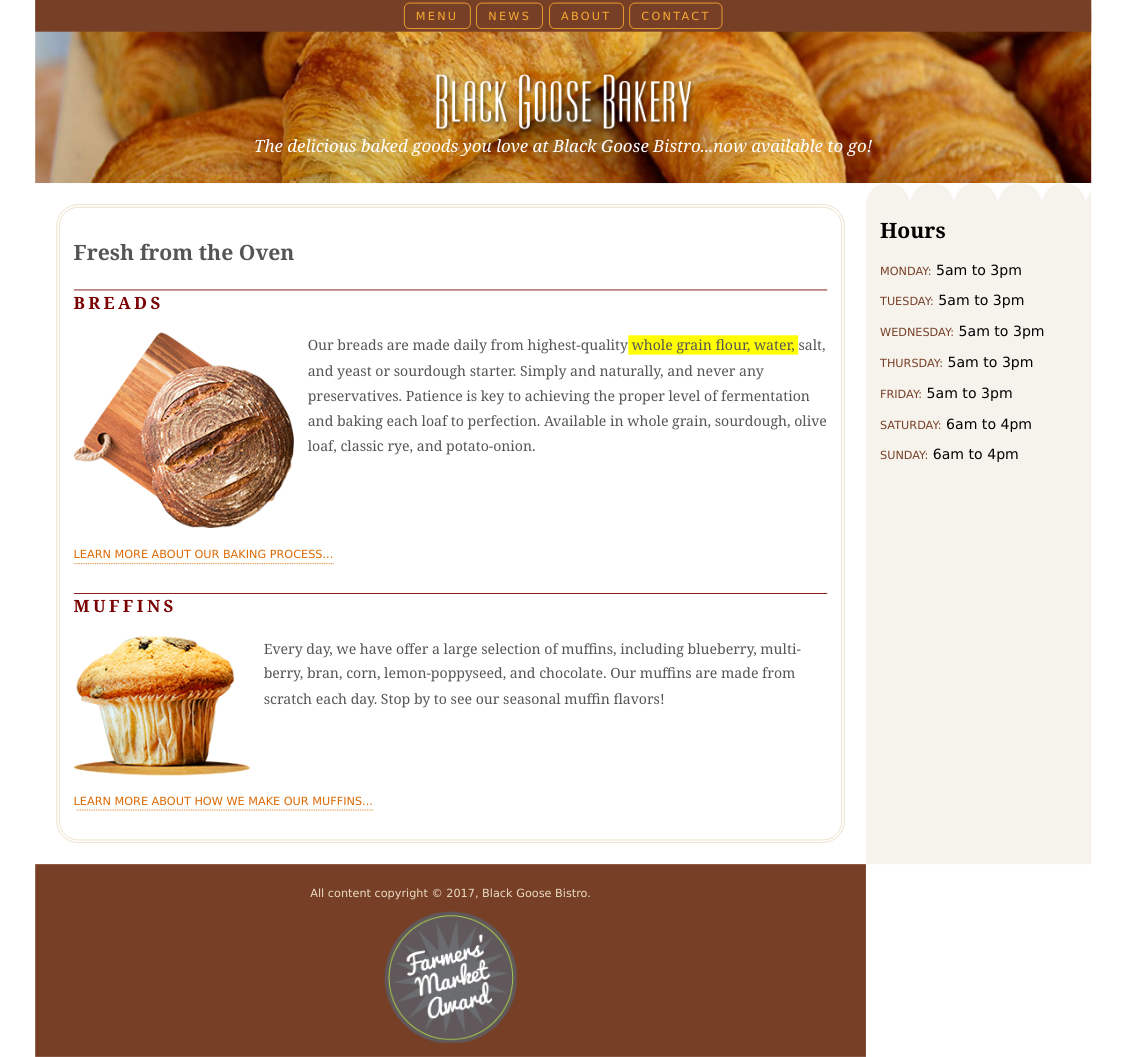
Repository: Colo-Codes/code-practice
Page: 02-css-practice-9.html
These files come from the project's save history. The page is drawn as it stood at one moment and after the next save; the edit follows.
The browser window is 1280 px wide. The pictures show the whole page, at 88% of full size.
Some web fonts or font styles are not loaded; a fallback is used.

Above is the page before, as saved 2021-06-04 12:45:04.

After the next save:
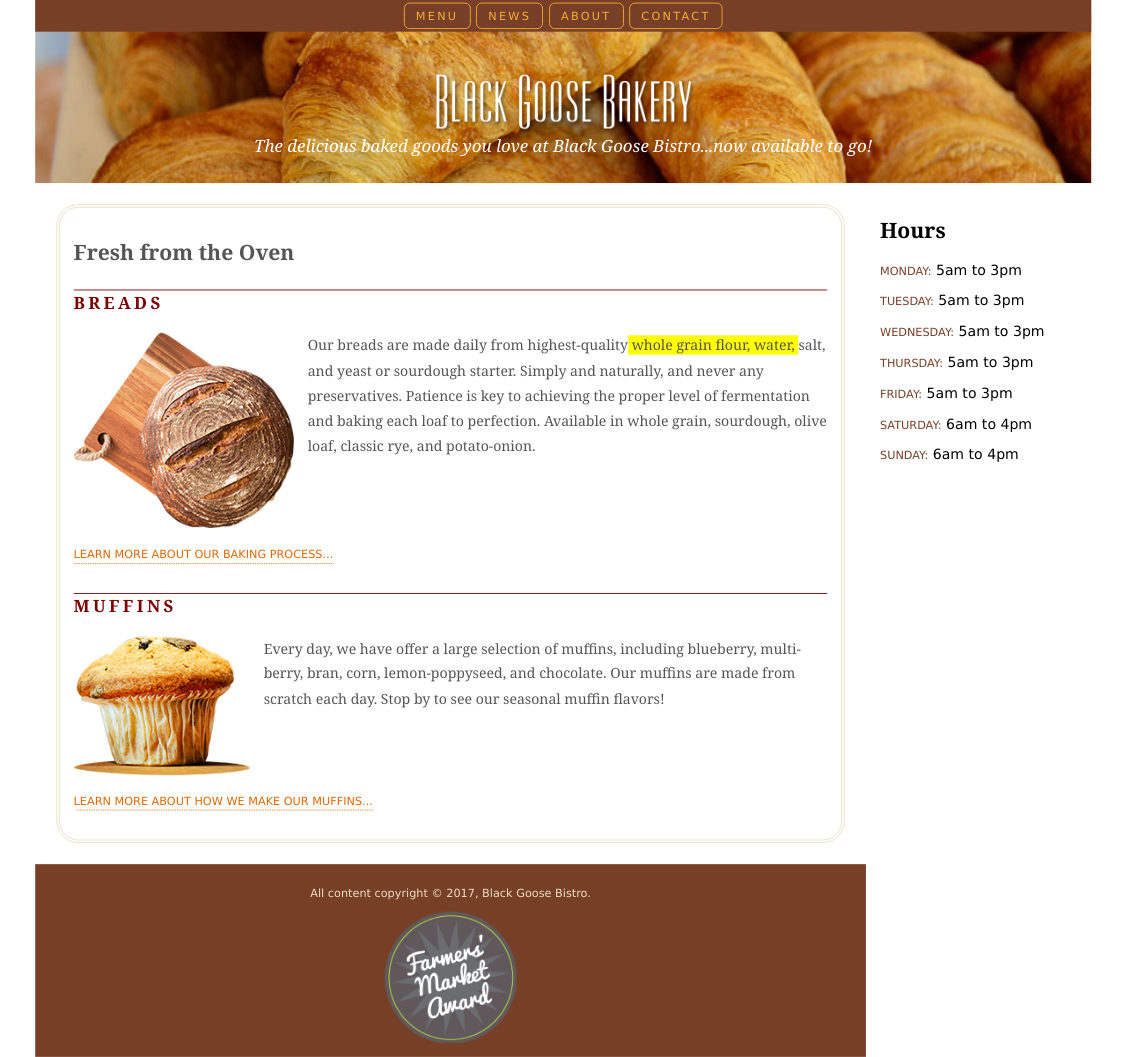
Saved 61 s later.
--- a/css/02-css-practice-9.css
+++ b/css/02-css-practice-9.css
@@ -200,4 +200,13 @@ footer {
     header {
         grid-area: banner;
     }
-}
+
+    main {
+        grid-area: main;
+    }
+
+    aside {
+        grid-area: hours;
+        background: url(../images/scallop.png) repeat-y left top;
+    }
+}
